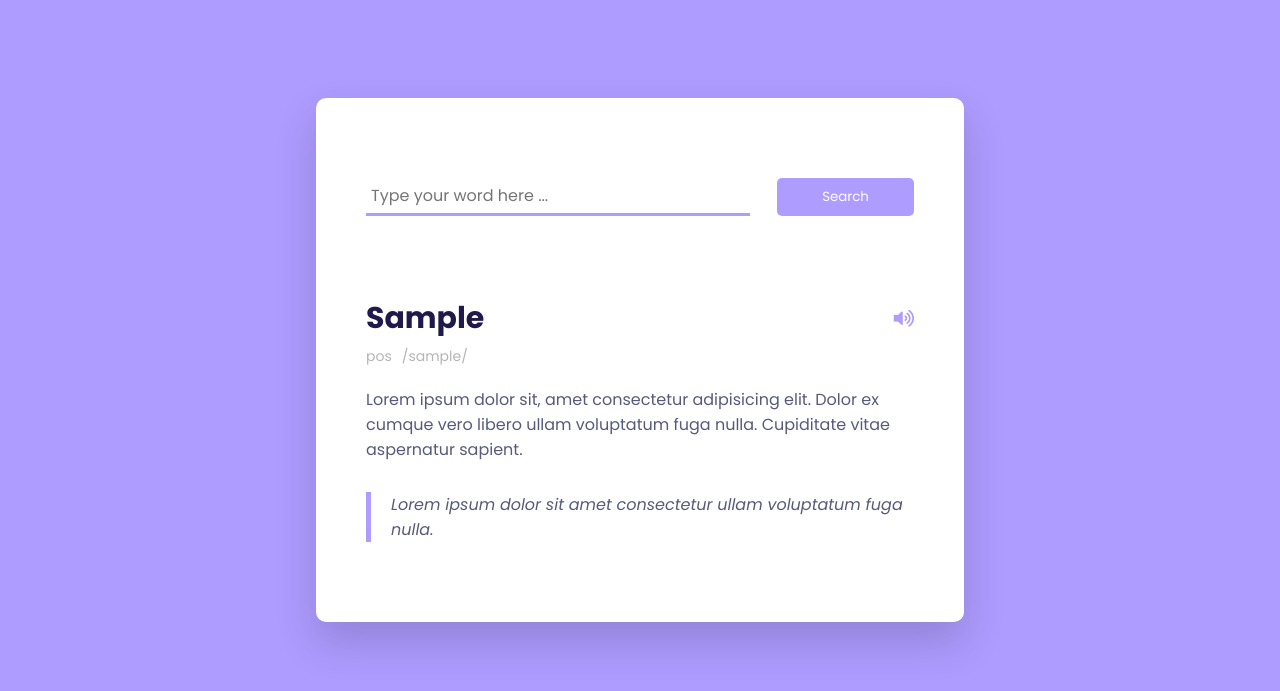
Repository: MohamedMostafaTaha/Translation_app
Page: index.html
These files come from the project's save history. The page is drawn as it stood at one moment and after the next save; the edit follows.
The browser window is 1280 px wide. The pictures show the whole page.

Above is the page before, as saved 2023-09-16 18:30:32.

After the next save:
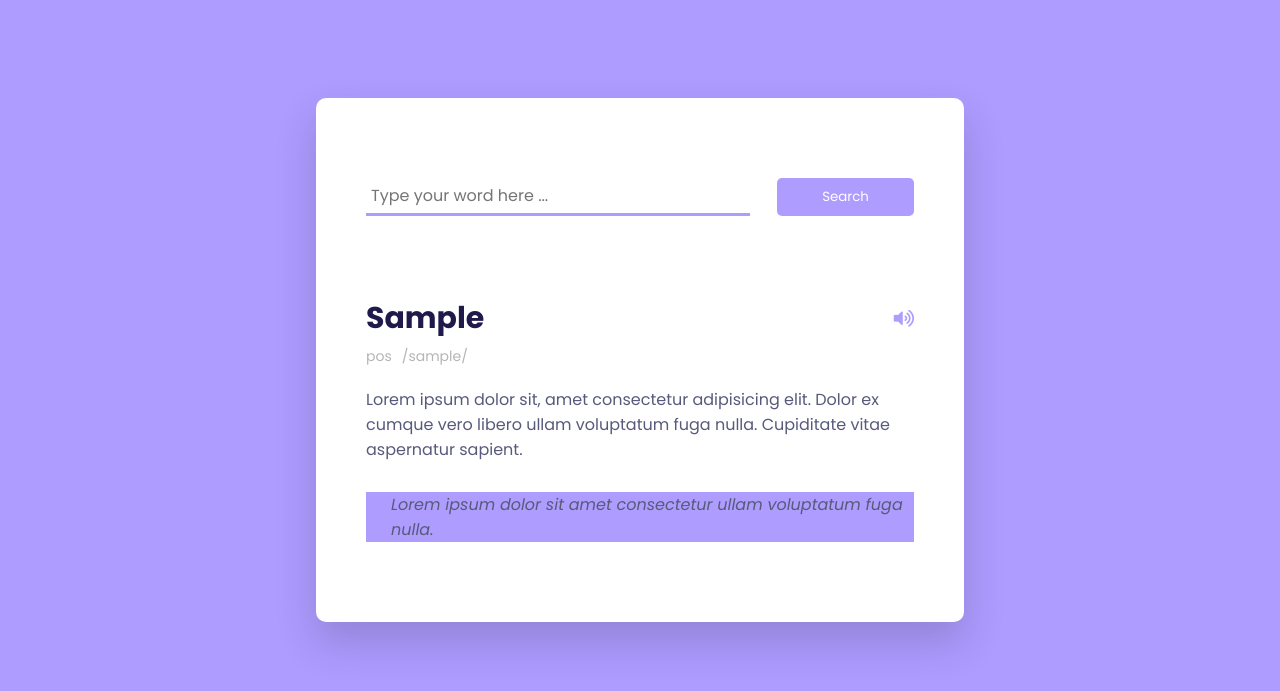
Saved 29 s later.
--- a/style.css
+++ b/style.css
@@ -90,4 +90,5 @@ body {
   border-left: 5px solid #ae9cff;
   padding-left: 20px;
   margin-top: 30px;
+  background-color: #ae9cff;
 }
